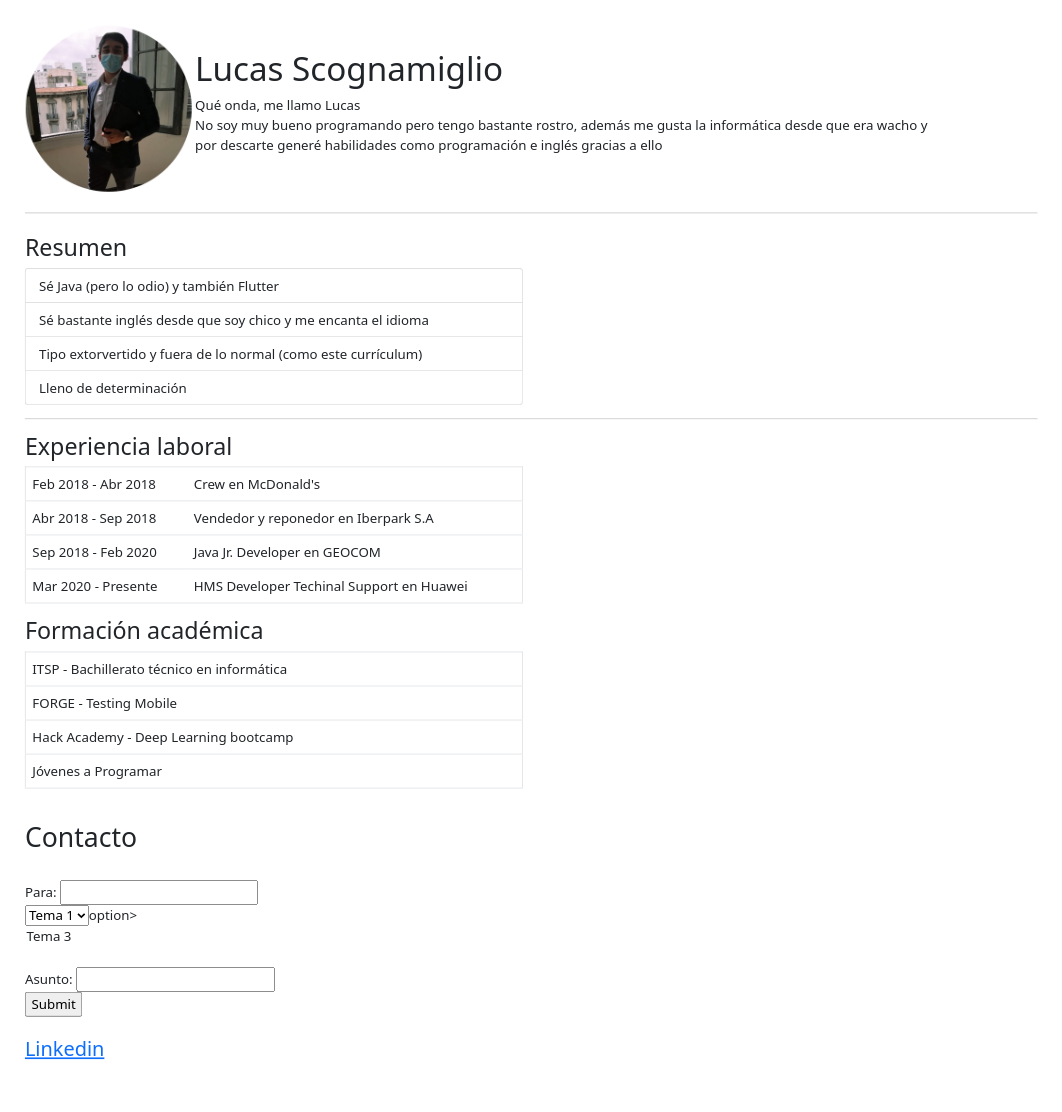
Repository: ScoggoDev/DesarrolloWeb
Page: tarea en equipo 1/cv.html
An editor plug-in stored every save of this project. The page is shown before and after the next save, followed by the edit.
The browser window is 1280 px wide. The pictures show the whole page, at 83% of full size.

Above is the page before, as saved 2021-07-12 09:59:18.

After the next save:
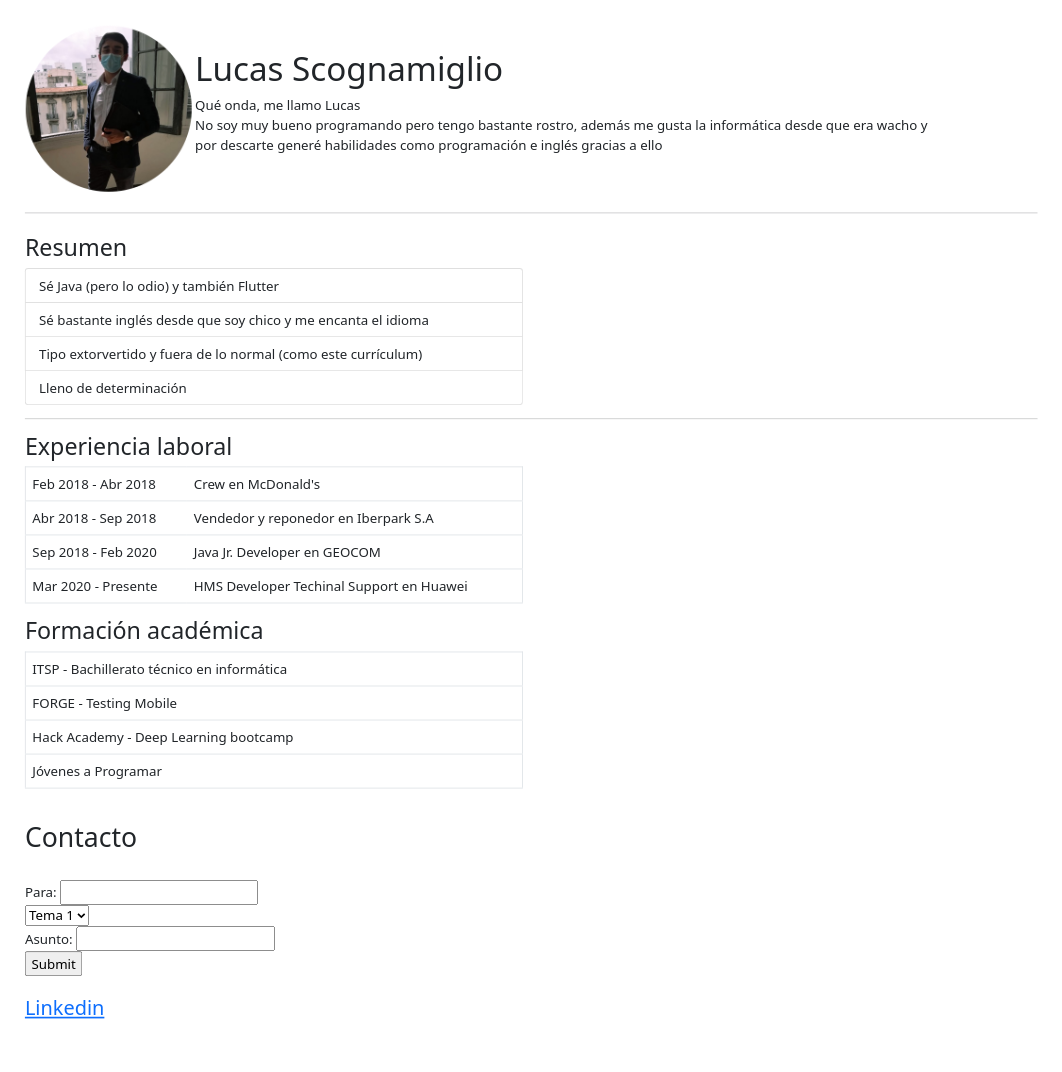
Saved 24 s later.
--- a/tarea en equipo 1/cv.html
+++ b/tarea en equipo 1/cv.html
@@ -69,7 +69,7 @@
       <input type="text" id="fname" name="fname"><br>
       <select name="select">
         <option value="value1" selected>Tema 1</option>
-        <option value="value2">Tema 2</select>option>
+        <option value="value2">Tema 2</option>
         <option value="value3">Tema 3</option>
       </select> <br>
       <label for="lname">Asunto:</label>
